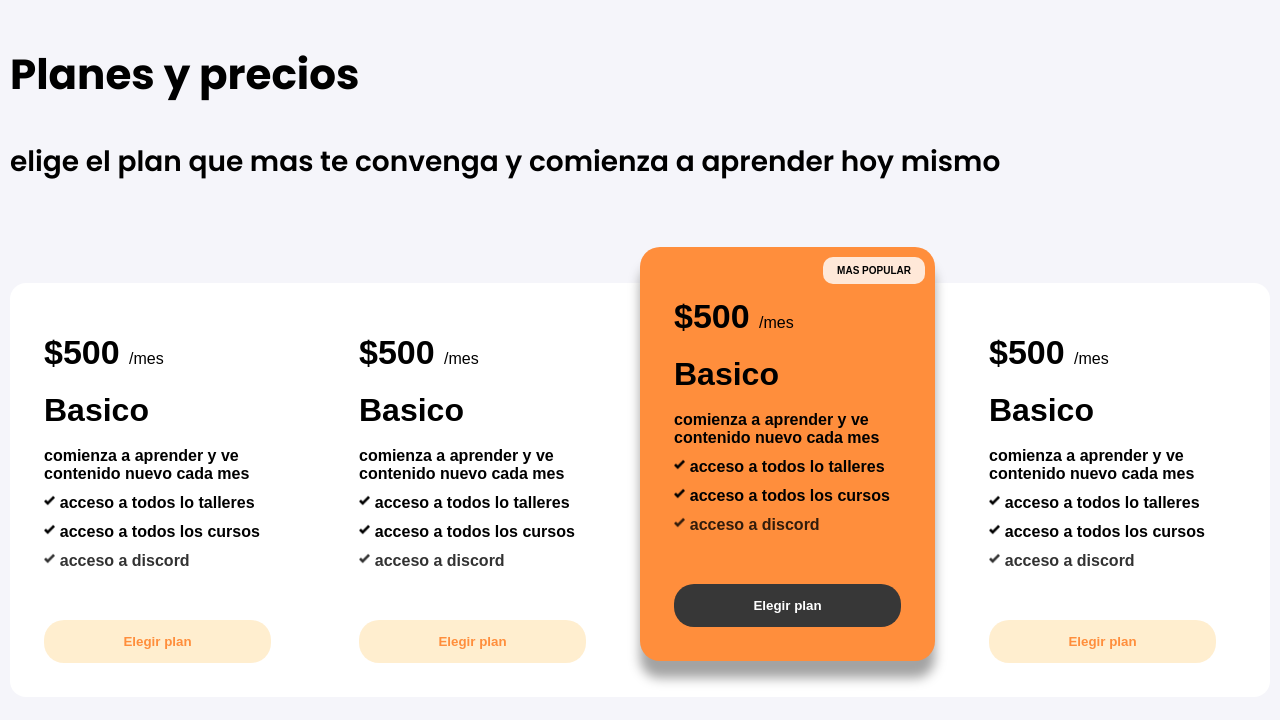
Repository: darkmantiz2/Tarjetas-planes
Page: index.html
The author's editor kept a copy of each file at every save. The page is drawn from the files as they stood at one save, then again after the next save.
The browser window is 1280 px wide. The pictures show the whole page.

Above is the page before, as saved 2022-01-11 15:24:36.

### index.html
<!DOCTYPE html>
<html lang="en">

<head>
  <meta charset="UTF-8">
  <meta http-equiv="X-UA-Compatible" content="IE=edge">
  <meta name="viewport" content="width=device-width, initial-scale=1.0">
  <link rel="preconnect" href="https://fonts.googleapis.com">
  <link rel="preconnect" href="https://fonts.gstatic.com" crossorigin>
  <link href="https://fonts.googleapis.com/css2?family=Poppins:ital,wght@0,600;0,700;1,400&display=swap"
    rel="stylesheet">
  <link rel="stylesheet" href="./css/index.css">
  <title>Cards Precios</title>
</head>

<body>
  <section class="cards">
    <div class="container">
      <h1 class="contaier-title">
        Planes y precios
      </h1>
      <p class="container-text1">
        elige el plan que mas te convenga y comienza a aprender hoy mismo
      </p>
      <section class="container-card">
        <div class="card">

          <p class="card-price"> $500 <span class="card-month"> /mes</span></p>
          <p class="card-plan">Basico</p>
          <p class="card-description"> comienza a aprender y ve contenido nuevo cada mes</p>
          <p class="card-item1"><img class="card-icon" src="icons/png-transparent-computer-icons-check-mark-checkbox-palomita-angle-logo-check-mark.png" alt="">  acceso a todos lo talleres</p>
          <p class="card-item2"><img class="card-icon" src="icons/png-transparent-computer-icons-check-mark-checkbox-palomita-angle-logo-check-mark.png" alt=""> acceso a todos los cursos</p>
          <p class="card-item3"><img class="card-icon" src="icons/png-transparent-computer-icons-check-mark-checkbox-palomita-angle-logo-check-mark.png" alt=""> acceso a discord</p>

          <button class="card-button"> Elegir plan </button>
        </div>
        <div class="card">
          <p class="card-price"> $500 <span class="card-month"> /mes</span></p>
          <p class="card-plan">Basico</p>
          <p class="card-description"> comienza a aprender y ve contenido nuevo cada mes</p>
          <p class="card-item1"><img class="card-icon" src="icons/png-transparent-computer-icons-check-mark-checkbox-palomita-angle-logo-check-mark.png" alt="">  acceso a todos lo talleres</p>
          <p class="card-item2"><img class="card-icon" src="icons/png-transparent-computer-icons-check-mark-checkbox-palomita-angle-logo-check-mark.png" alt=""> acceso a todos los cursos</p>
          <p class="card-item3"><img class="card-icon" src="icons/png-transparent-computer-icons-check-mark-checkbox-palomita-angle-logo-check-mark.png" alt=""> acceso a discord</p>

          <button class="card-button"> Elegir plan </button>
        </div>
        <div class="card card-orange">
          <label class="card-label">mas popular</label>
          <p class="card-price"> $500 <span class="card-month"> /mes</span></p>
          <p class="card-plan">Basico</p>
          <p class="card-description">  comienza a aprender y ve contenido nuevo cada mes</p>
          <p class="card-item1"><img class="card-icon" src="icons/png-transparent-computer-icons-check-mark-checkbox-palomita-angle-logo-check-mark.png" alt="">  acceso a todos lo talleres</p>
          <p class="card-item2"><img class="card-icon" src="icons/png-transparent-computer-icons-check-mark-checkbox-palomita-angle-logo-check-mark.png" alt=""> acceso a todos los cursos</p>
          <p class="card-item3"><img class="card-icon" src="icons/png-transparent-computer-icons-check-mark-checkbox-palomita-angle-logo-check-mark.png" alt=""> acceso a discord</p>

          <button class="card-button-orange"> Elegir plan </button>
        </div>
        <div class="card">

          <p class="card-price"> $500 <span class="card-month"> /mes</span></p>
          <p class="card-plan">Basico</p>
          <p class="card-description">  comienza a aprender y ve contenido nuevo cada mes</p>
          <p class="card-item1"><img class="card-icon" src="icons/png-transparent-computer-icons-check-mark-checkbox-palomita-angle-logo-check-mark.png" alt="">  acceso a todos lo talleres</p>
          <p class="card-item2"><img class="card-icon" src="icons/png-transparent-computer-icons-check-mark-checkbox-palomita-angle-logo-check-mark.png" alt=""> acceso a todos los cursos</p>
          <p class="card-item3"><img class="card-icon" src="icons/png-transparent-computer-icons-check-mark-checkbox-palomita-angle-logo-check-mark.png" alt=""> acceso a discord</p>


          <button class="card-button"> Elegir plan </button>
        </div>
      </section>




    </div>
  </section>
</body>

</html>

### css/index.css
:root {
  --black: #373737;
  --primary: #ff8e3c;
  --white: #ffffff;
  --grey: #848199;
  --red: #fa513a;
  --grey-2: #a3a3a3;
  --bg: #f5f5fa;
  --headline2: 600 1.75rem/normal Poppins;
  --headline3: 600 1.25rem/1.375rem Poppins;
  --button: 400 0.875rem/1rem Poppins;
  --headline1: 600 3.5rem/normal Poppins;
  --body1-regular: 400 1rem/1.5rem Poppins;
  --body1-bold: 700 1rem/1.5rem Poppins;
  --body2-bold: 700 0.875rem/1.5rem Poppins;
  --body2-regular: 400 0.875rem/1.5rem Poppins;
  --caption-regular: 400 0.75rem/1rem Poppins;
  --caption-bold: 600 0.75rem/1rem Poppins;

}

/*BODDY*/

body {
  color: var(--white);
  background-color: var(--primary);
  font: var(--headline2);
  background: var(--bg);
}

.container {
  color: black;
}



.container-card {
  display: flex;
  margin-top: 100px;
  justify-content: center;
  align-items: center;
  max-width: 1260px;
  width: 100%;
  background-color: white;
  border-radius: 16px;
  font-family: arial;
  font-weight: bold;
}

.card-month {
  font-size: 16px;
  font-weight: 100;
  color: black;

}

.cards {
  display: flex;
  justify-content: center;
  align-items: center;
}

.card-orange {
  background-color: var(--primary);
  font-size: medium;
  transform: translateY(-36px);
  box-shadow: 0px 17px 12px 0px var(--grey-2);
}


.card {
  align-items: flex-start;
  display: flex;
  justify-content: center;
  flex-direction: column;
  width: 334px;
  padding:0 34px 34px;
  border-radius: 20px;
  margin-right: 20px;
  font-size: medium;
  box-sizing: border-box;
  position: relative;
}

.card-price {
  margin: 0;
  padding-bottom: 20px;
  padding-top: 50px;
  font-size: 34px;
}


.card-plan {
  margin: 0;
  padding-bottom: 18px;
  font-size: xx-large;
  font-weight: bold;
}

.card-icon{
  width: 5%;
}

.card-description {
  margin: 0;
  padding-bottom: 10px;
}

.card-item1 {
  margin: 0;
  padding-bottom: 10px;
}

.card-item2 {
  margin: 0;
  padding-bottom: 10px;
}

.card-item3 {
  margin: 0;
  padding-bottom: 50px;
  opacity: 0.8;
}

.card-button {
 width: 100%;
  padding: 14px 37px 14px 37px;
  background-color: #ffa50030;
  border-radius: 20px;
  border: none;
  color: var(--primary);
  font-weight: bolder;
  cursor: pointer;
}

.card-button-orange {
  width: 100%;
  padding: 14px 37px 14px 37px;
  background-color: var(--black);
  border-radius: 20px;
  color: var(--white);
  border: none;
  cursor: pointer;
  font-weight:bolder;
}

.card-label{
  background-color: rgba(255, 255, 255, 0.801);
  padding: 8px 14px;
  border-radius: 10px;
  font-size: small;
  text-transform: uppercase;
  font-size: 10px;
  font-weight: 800;
  font-style: normal;
  position: absolute;
  top: 10px;
  right: 10px;
}



.container {
  color: black;
}



.container-card {
  display: flex;
  justify-content: center;
  align-items: center;
  max-width: 1260px;
  width: 100%;
}

After the next save:
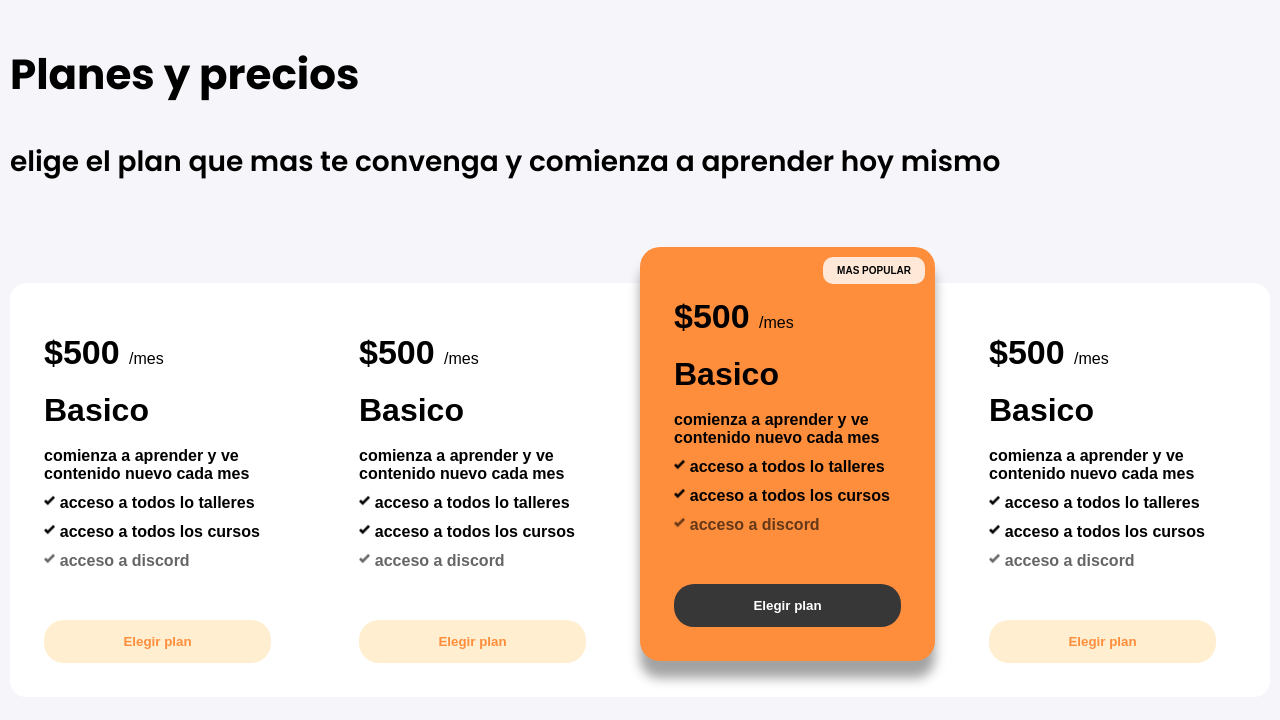
Saved 7 s later.
--- a/css/index.css
+++ b/css/index.css
@@ -119,7 +119,7 @@ body {
 .card-item3 {
   margin: 0;
   padding-bottom: 50px;
-  opacity: 0.8;
+  opacity: 0.6;
 }
 
 .card-button {
